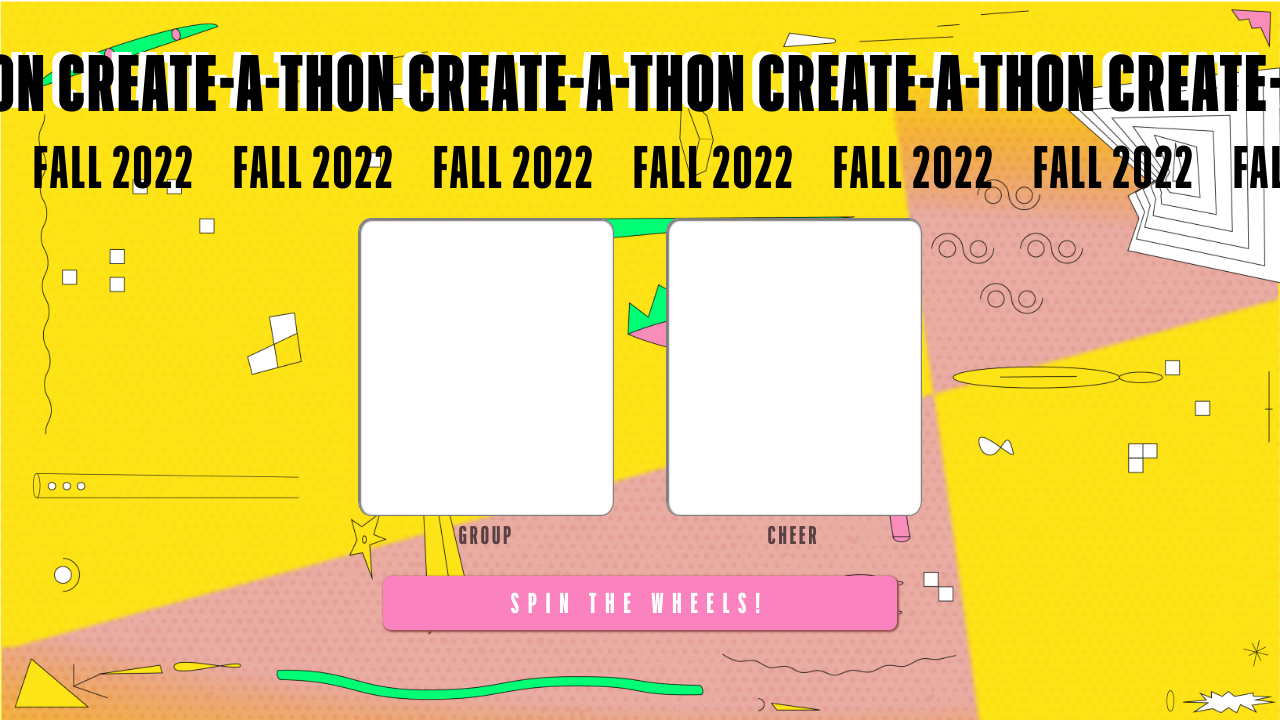
Repository: fakebrianho/IMA-Low-Res-Create-Athon-2022
Page: docs/presentation-order/index.html
An editor plug-in stored every save of this project. The page is shown before and after the next save, followed by the edit.
The browser window is 1280 px wide. The pictures show the whole page.

Above is the page before, as saved 2022-10-28 22:23:11.
Not found: docs/presentation-order/libraries/p5.dom.js
Not found: docs/presentation-order/libraries/p5.js
Not found: docs/presentation-order/libraries/p5.sound.js

After the next save:
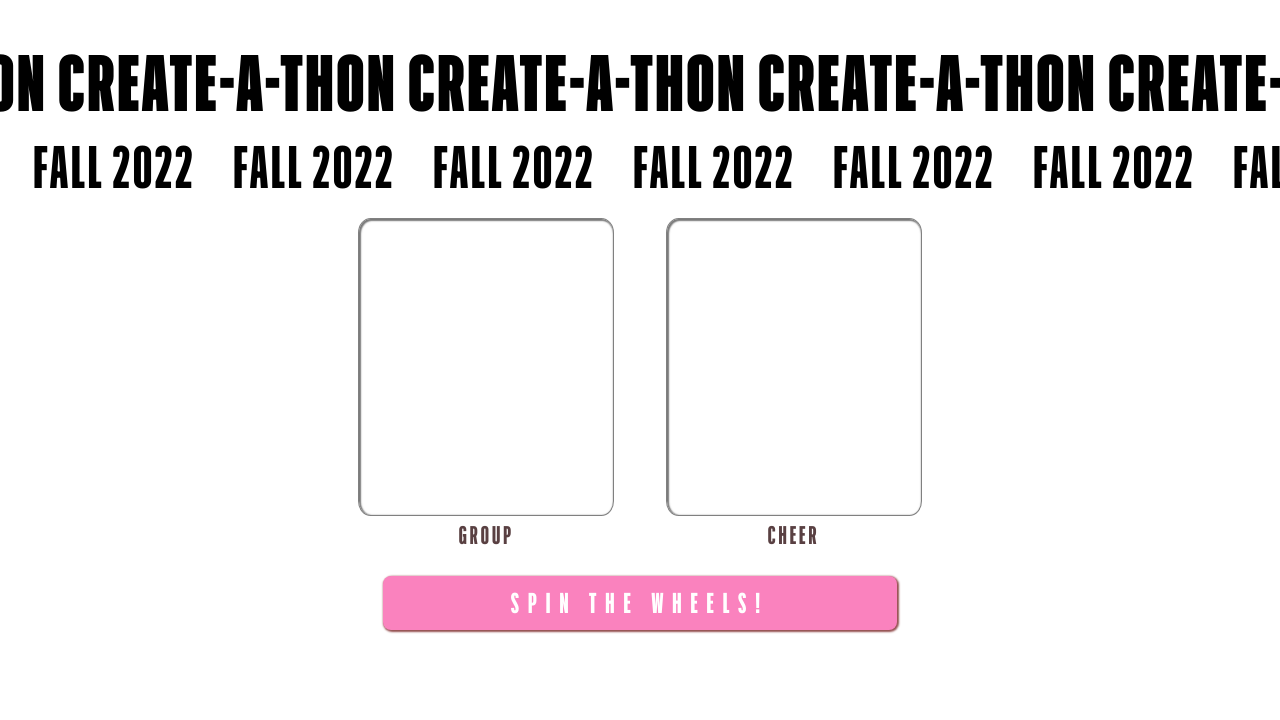
Saved 17 s later.
--- a/docs/presentation-order/style.css
+++ b/docs/presentation-order/style.css
@@ -28,8 +28,8 @@
 	width: 100%;
 	height: 100%;
 	position: absolute;
-	/* background: url(image/bg_border-top.png), url(image/bg_border-bottom.png),
-		url(image/bg_gradient.png), url(image/bg_texture.png), #aafa50;
+	/* /* background: url(image/bg_border-top.png), url(image/bg_border-bottom.png),
+		url(image/bg_gradient.png), url(image/bg_texture.png), #aafa50; */
 	background-repeat: no-repeat, no-repeat, no-repeat, repeat;
 	background-size: auto 70vh, auto 50vh, 100vw 120vh, 800px auto;
 	background-position: right top, left 50vh, left 25vh, 0 0; */

After the save that followed:
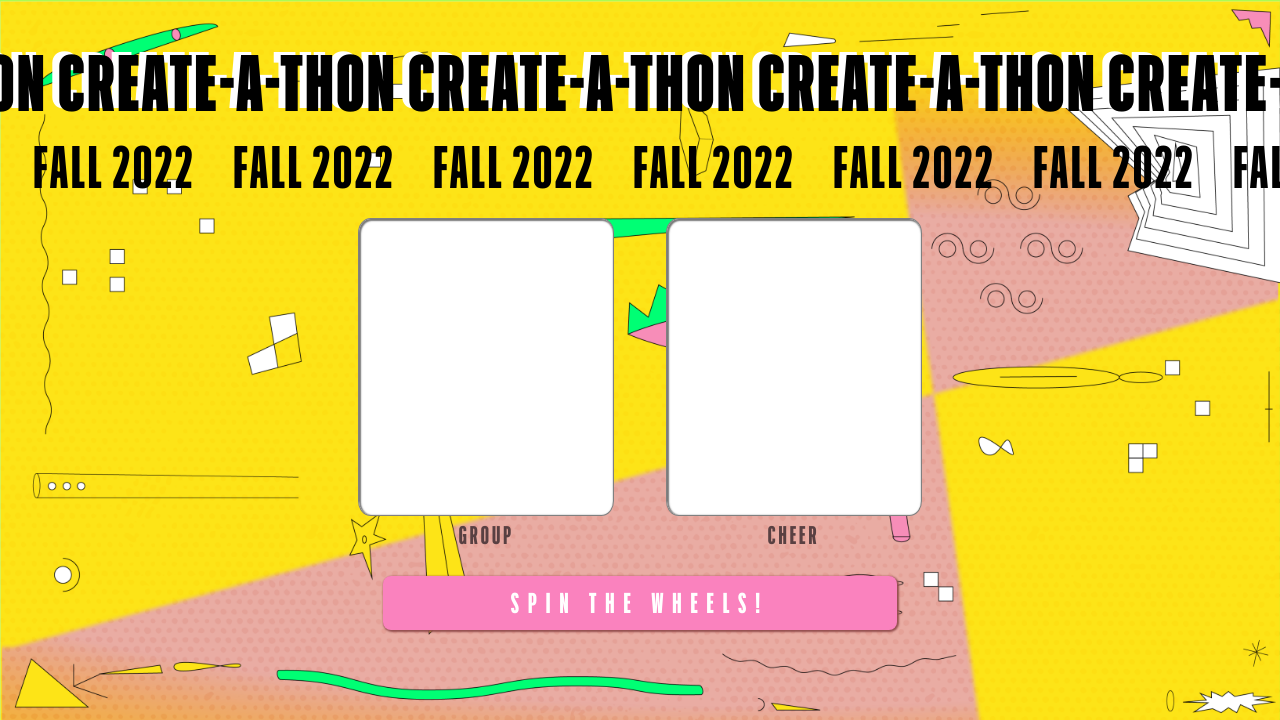
Saved 5 s later.
--- a/docs/presentation-order/style.css
+++ b/docs/presentation-order/style.css
@@ -28,11 +28,11 @@
 	width: 100%;
 	height: 100%;
 	position: absolute;
-	/* /* background: url(image/bg_border-top.png), url(image/bg_border-bottom.png),
-		url(image/bg_gradient.png), url(image/bg_texture.png), #aafa50; */
+	background: url(image/bg_border-top.png), url(image/bg_border-bottom.png),
+		url(image/bg_gradient.png), url(image/bg_texture.png), #aafa50;
 	background-repeat: no-repeat, no-repeat, no-repeat, repeat;
 	background-size: auto 70vh, auto 50vh, 100vw 120vh, 800px auto;
-	background-position: right top, left 50vh, left 25vh, 0 0; */
+	background-position: right top, left 50vh, left 25vh, 0 0;
 	background-image: url('image/bg.png');
 	background-size: 100% 100%;
 }
